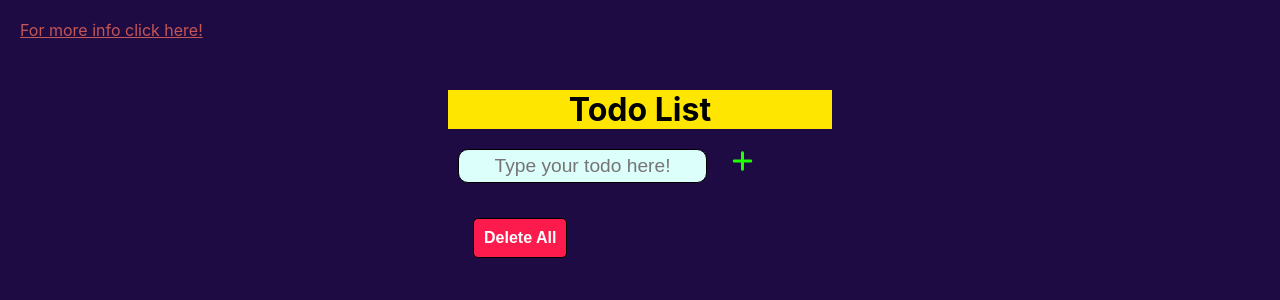
Repository: badhon252/todo-app
Page: /
The author's editor kept a copy of each file at every save. The page is drawn from the files as they stood at one save, then again after the next save.
The browser window is 1280 px wide. The pictures show the whole page.
The project was rebuilt for these pictures with package versions that can differ from the ones it lists, and the page was loaded fresh each time.

Above is the page before, as saved 2022-01-26 23:18:30.

### public/index.html
<!DOCTYPE html>
<html lang="en">

<head>
  <meta charset="utf-8" />
  <link rel="icon" href="%PUBLIC_URL%/favicon.ico" />
  <meta name="viewport" content="width=device-width, initial-scale=1" />
  <meta name="theme-color" content="#000000" />
  <meta name="description" content="Web site created using create-react-app" />
  <link rel="apple-touch-icon" href="%PUBLIC_URL%/logo192.png" />

  <link rel="manifest" href="%PUBLIC_URL%/manifest.json" />

  <link rel="stylesheet" href="https://cdnjs.cloudflare.com/ajax/libs/font-awesome/5.15.4/css/all.min.css"
    integrity="sha512-1ycn6IcaQQ40/MKBW2W4Rhis/DbILU74C1vSrLJxCq57o941Ym01SwNsOMqvEBFlcgUa6xLiPY/NS5R+E6ztJQ=="
    crossorigin="anonymous" referrerpolicy="no-referrer" />
  <title>React App</title>
</head>

<body>
  <noscript>You need to enable JavaScript to run this app.</noscript>
  <div id="root"></div>
  <!--
      This HTML file is a template.
      If you open it directly in the browser, you will see an empty page.

      You can add webfonts, meta tags, or analytics to this file.
      The build step will place the bundled scripts into the <body> tag.

      To begin the development, run `npm start` or `yarn start`.
      To create a production bundle, use `npm run build` or `yarn build`.
    -->
</body>

</html>

### src/App.js
import Todo from "./components/Todo";

function App() {
  return (
    <div className="App">
      <Todo />
    </div>
  );
}

export default App;

### src/components/Todo.js
import React, { useState, useEffect } from "react";
import { FontAwesomeIcon } from "@fortawesome/react-fontawesome";
import { faTrash, faEdit, faAdd } from "@fortawesome/free-solid-svg-icons";
import "../Styles/style.css";

const getLocalData = () => {
  const lists = localStorage.getItem("myTodoLists");

  if (lists) {
    return JSON.parse(lists);
  } else {
    return [];
  }
};

const Todo = () => {
  const [inputItems, setInputItems] = useState("");
  const [todo, setTodo] = useState(getLocalData());
  const [isEditItem, setIsEditItem] = useState("");
  const [toggleButton, setToggleButton] = useState(false);
  //   Adding Items ============
  const addItems = () => {
    if (!inputItems) {
      alert("Your input field is blank!!");
    } else if (inputItems && toggleButton) {
      setTodo(
        todo.map((curElem) => {
          if (curElem.id === isEditItem) {
            return { ...curElem, name: inputItems };
          }
          return curElem;
        })
      );
      setInputItems("");
      setIsEditItem(null);
      setToggleButton(false);
    } else {
      const myNewInput = {
        id: new Date().getTime().toString(),
        name: inputItems,
      };
      setTodo((e) => [...todo, myNewInput]);
      setInputItems("");
    }
  };

  //   edit items =======
  const editItem = (index) => {
    const itemTodoEdited = todo.find((curElem) => {
      return curElem.id === index;
    });
    setInputItems(itemTodoEdited.name);
    setIsEditItem(index);
    setToggleButton(true);
  };

  //   Deleting items ==========

  const handleDelete = (index) => {
    const updateItems = todo.filter((current) => {
      return current.id !== index;
    });
    setTodo(updateItems);
  };

  useEffect(() => {
    localStorage.setItem("myTodoLists", JSON.stringify(todo));
  }, [todo]);

  return (
    <>
      <div>
        <br />
        <a href="https://github.com/khalidhossainbadhon/todo-app">
          For more info click here!
        </a>
      </div>

      <div className="main-div">
        <h1>Todo List</h1>
        <div className="inputs">
          <input
            type="text"
            name=""
            id="input-box"
            placeholder="Type your todo here!"
            value={inputItems}
            onChange={(e) => setInputItems(e.target.value)}
          />
          {toggleButton ? (
            <FontAwesomeIcon
              icon={faEdit}
              size="6x"
              className="add-btn edit"
              onClick={addItems}
            />
          ) : (
            <FontAwesomeIcon
              icon={faAdd}
              className="add-btn"
              onClick={addItems}
            />
          )}

          {/* <button type="submit" className="add-btn" onClick={addItems}>
          Add
        </button> */}
        </div>
        {/* showing items =============== */}
        <div className="show-items">
          {todo.map((currentItems) => {
            return (
              <div key={currentItems.id}>
                <li className="todo-item">
                  {currentItems.name}
                  <FontAwesomeIcon
                    icon={faEdit}
                    className="icon edit"
                    onClick={() => editItem(currentItems.id)}
                  />
                  <FontAwesomeIcon
                    icon={faTrash}
                    className="icon delete"
                    onClick={() => handleDelete(currentItems.id)}
                  />
                </li>
              </div>
            );
          })}
          <input
            type="button"
            value="Delete All"
            className="delete-all"
            onClick={() => setTodo([])}
          />
        </div>
      </div>
    </>
  );
};

export default Todo;

### src/Styles/style.css
* {
  margin: 0;
  padding: 0;
  background-color: #1f0b44;
}

.main-div {
  padding-top: 50px;
  margin: auto;
  /* text-align: center; */
  width: 24rem;
}
h1 {
  background-color: #ffe600;
  color: rgb(0, 0, 0);
  text-align: center;
}
a {
  color: rgb(196, 86, 86);
  padding: 20px;
}
#input-box {
  color: #000000;
  padding: 5px 0;
  font-size: 1.2rem;
  border: 1px solid rgb(0, 0, 0);
  background-color: #ddfffb;
  border-radius: 10px;
  text-align: center;
}
.inputs {
  margin: 10px;
}

.add-btn {
  padding: 10px;
  /* background-color: rgb(0, 225, 255); */
  color: rgb(30, 255, 0);
  /* border: 1px solid rgb(0, 0, 0); */
  font-weight: bolder;
  font-size: 1.5rem;
  border-radius: 4px;
  cursor: pointer;
  margin: 0 0 -8px 15px;
}

.icon {
  margin: 0 10px;
  border-radius: 5px;
  cursor: pointer;
  text-align: right;
  /* background-color: rgb(0, 255, 34); */
  /* color: rgb(0, 0, 0); */
  /* border: 1px solid black; */
  /* font-weight: 700; */
}

.todo-item {
  /* background-color: #5b0080; */
  padding: 5px;
  color: white;
  font-size: 20px;
  font-weight: 700;
}

.edit {
  color: rgb(0, 255, 0);
  margin-left: 15px;
}
.delete {
  color: red;
}

.delete-all {
  background-color: rgb(252, 27, 76);
  color: rgb(255, 255, 255);
  font-weight: 600;
  border: 1px solid black;
  border-radius: 5px;
  font-size: 1rem;
  padding: 10px;
  margin: 25px;
  cursor: pointer;
}
li {
  background-color: #5f00cc;
  margin: 2px;
}

Loaded but not shown: src/index.js (common file); src/index.css (common file); src/reportWebVitals.js (common file)

After the next save:
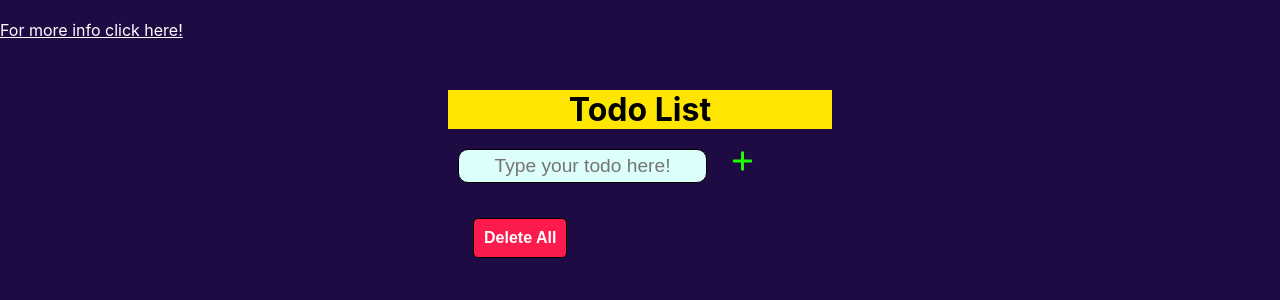
Saved 32 s later.
--- a/src/Styles/style.css
+++ b/src/Styles/style.css
@@ -16,8 +16,8 @@ h1 {
   text-align: center;
 }
 a {
-  color: rgb(196, 86, 86);
-  padding: 20px;
+  color: rgb(255, 255, 255);
+  /* padding: 20px; */
 }
 #input-box {
   color: #000000;
